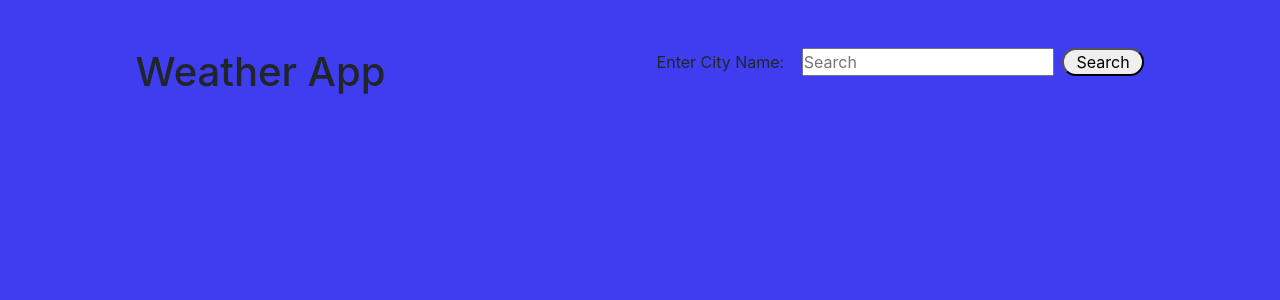
Repository: bhaveshtrades/weatherapp
Page: /
These files come from the project's save history. The page is drawn as it stood at one moment and after the next save; the edit follows.
The browser window is 1280 px wide. The pictures show the whole page.
The project was rebuilt for these pictures with package versions that can differ from the ones it lists, and the page was loaded fresh each time. Also part of the build but not shown: src/components/CurrentWeather.jsx.

Above is the page before, as saved 2023-01-08 19:11:38.

After the next save:
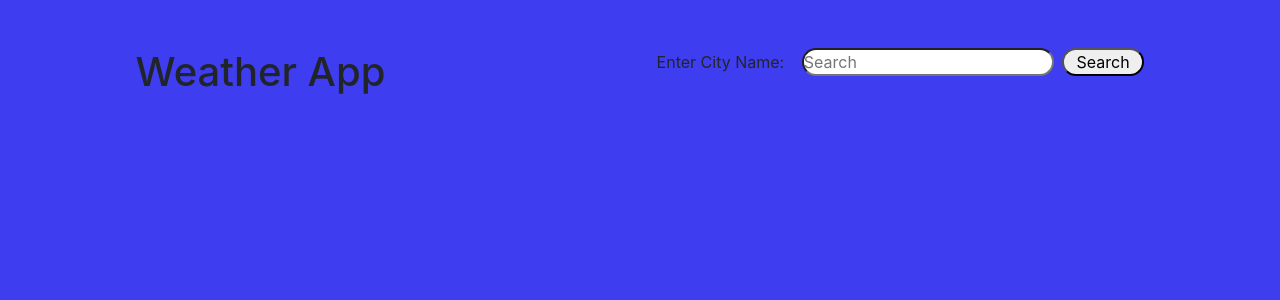
Saved 47 s later.
--- a/src/App.css
+++ b/src/App.css
@@ -15,6 +15,7 @@
 
 .searchInput{
   margin-left: 1.1rem;
+  border-radius: 2rem;
 }
 
 .searchButton{

After the save that followed:
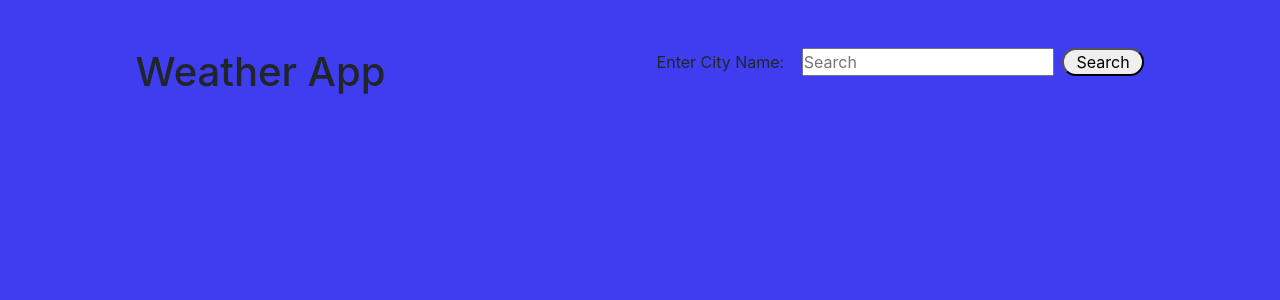
Saved 12 s later.
--- a/src/App.css
+++ b/src/App.css
@@ -15,7 +15,7 @@
 
 .searchInput{
   margin-left: 1.1rem;
-  border-radius: 2rem;
+  border-radius: 0.7;
 }
 
 .searchButton{
